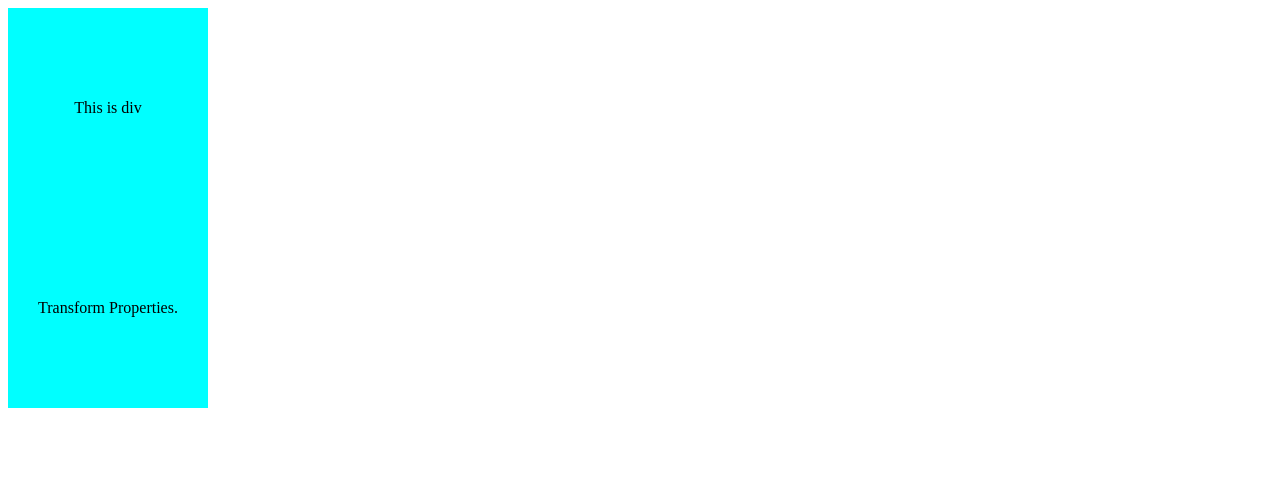
Repository: rakeshkolpepatil/CSS_Apana_College
Page: index.html
The author's editor kept a copy of each file at every save. The page is drawn from the files as they stood at one save, then again after the next save.
The browser window is 1280 px wide. The pictures show the whole page.

Above is the page before, as saved 2023-06-26 12:56:45.

### index.html
<!DOCTYPE html>
<html lang="en">
<head>
  <meta charset="UTF-8">
  <meta name="viewport" content="width=device-width, initial-scale=1.0">
  <title>Transitions</title>
  <link rel="stylesheet" href="transition.css" />
</head>
<body>
  <div>
    This is div
  </div>
  <div id="transfromDiv">
    Transform Properties.
  </div>
</body>
</html>

### transition.css
div{
  width: 200px;
  height: 200px;
  background-color:aqua;
  display: flex;
  text-align: center;
  align-items: center;
  justify-content: center;
  /* transition-property: all;
  transition-duration: 2s;
  transition-timing-function: ease-out;
  transition-delay: 1s; */
  transition: all 2s ease-in-out 1s;
  /* transition-timing-function: ease-in; */
  /* transition-timing-function: cubic; */
  /* transition-timing-function: steps(5); */
  /* line-height: normal; */
  /* vertical-align: middle; */
  /* padding: 50px 0; */
}
div:hover{
  background-color:blueviolet;
  color: white;
  width: 600px;
}

After the next save:
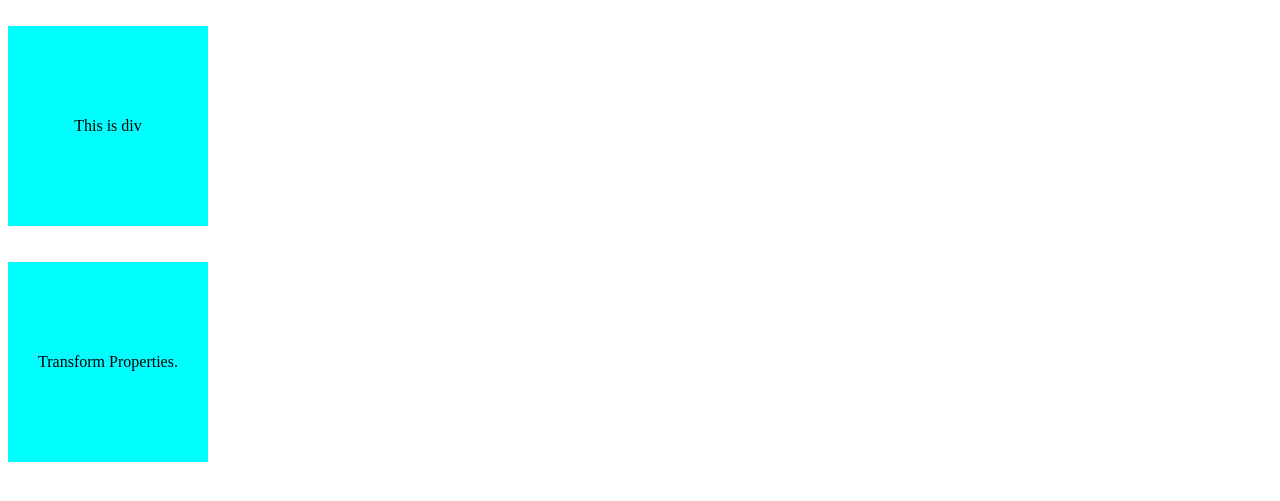
Saved 18 s later.
--- a/index.html
+++ b/index.html
@@ -6,10 +6,12 @@
   <title>Transitions</title>
   <link rel="stylesheet" href="transition.css" />
 </head>
-<body>
+<br>
   <div>
     This is div
   </div>
+  </br>
+  </br>
   <div id="transfromDiv">
     Transform Properties.
   </div>
